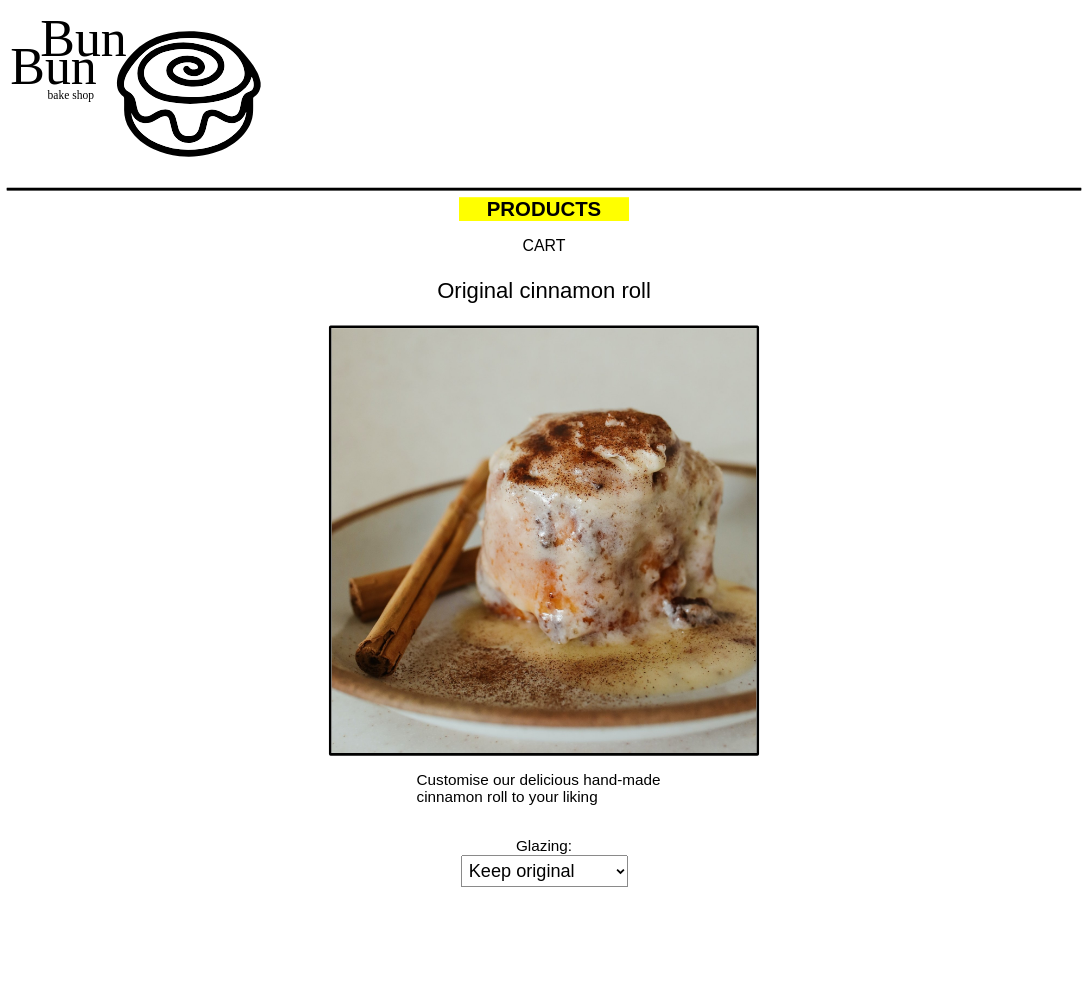
Repository: alicianghm/pui-hw
Page: solution-hw1/HW1-Detail.html
The author's editor kept a copy of each file at every save. The page is drawn from the files as they stood at one save, then again after the next save.
The browser window is 1280 px wide. The pictures show the whole page, at 85% of full size.

Above is the page before, as saved 2022-09-08 09:53:57.

### solution-hw1/HW1-Detail.html
<!DOCTYPE html>
<html>
  <head>
    <meta charset="utf-8">
    <meta name="author" content="Alicia Ng">
    <title>Bun Bun Bake Shop</title>
    <link href="hw1.css" rel="stylesheet" type="text/css">
  </head>
  <body>
    <h1 id="logo"><img src="assets/logo-01.svg"></h1>
    <hr size="3"
        color="black">
    <div id="nav">
      <h2 id="selectedButton">PRODUCTS</h2>
      <div class="cartButton"><h3>CART</h3></div>
    </div>
    <div>
      <p class="itemTitle"> Original cinnamon roll</p>
      <img src="assets/original-cinnamon-roll.jpeg" id="itemPage">
      <br>
      <div id="container">
        <p class="description"> Customise our delicious hand-made cinnamon roll to your liking</p>
        <br>
          <div class="dropdown-detail">
            <p class="dropdownTitle">Glazing:</label>
            <br>
            <select class="glazing">
              <option value="Keep original">Keep original</option>
              <option value="Sugar milk">Sugar milk</option>
              <option value="Vanilla milk">Vanilla milk</option>
              <option value="Double chocolate">Double chocolate</option>
            </select>
          </div>
        </div>
      </div>
    </div>
  </body>
  </html>

### solution-hw1/hw1.css
body{
  font-family: Arial, Helvetica, sans-serif;
}

#logo{
  max-width: 300px;
}

h2,h3 {
  font-family: Arial, Helvetica, sans-serif;
  font-weight: 300;
  text-align: center;
}

a{
  text-decoration: none;
  color: black;
}

#nav:hover{
  width: 200px;
  margin: 0 auto;
}

.productButton :hover{
  background-color: yellow;
  vertical-align: middle;
  font-weight: 800;
}

.cartButton :hover{
  background-color: yellow;
  text-align: center;
  font-weight: 800;
}

#container{
  width: 300px;
  margin: 0 auto;
}

p {
  font-family: Arial, Helvetica, sans-serif;
  font-weight: 300;
  text-align: center;
}
#title{
  font-size: 32px;
}
.inventory{
  display: block;
  margin: 0 auto;
  width: 302px;
  padding: 2px;
}
.inventory:hover{
  background-color: yellow;
  margin: 0 auto;
  padding: 2px;
}

#itempic{
  width: 300px;
  margin: 0px auto 0px auto;
  border-radius: 2px;
  border-style: solid;
}
.item{
  text-decoration: underline;
  font-size: 26px;
  text-align: left;
  line-height: auto;
}

.price{
  font-size: 28px;
  text-align: left;
  line-height: 10pt;
}

#selectedButton{
  background-color: yellow;
  font-weight: 800;
  margin: 0 auto;
  width: 200px;

}

.itemTitle{
  font-size: 26px;
}

#itemPage{
  width: 500px;
  border-radius: 2px;
  border-style: solid;
  margin: 0 auto;
  display: block;
}

.description{
  width: 300px;
  margin: 0 auto;
  font-size: 18px;
  text-align: left;
}

.dropButton{
  color: red;
  background-color: white;
  border: black;
  border-style: solid;
  font-size: 16px;
  padding: 10px 50px 10px 5px;
}

.dropdown-detail{
  font-size: 16pt;
}

.glazing{
  font-size: 16pt;
  padding: 5px;
}

p.dropdownTitle{
  padding-bottom: 120px;
  font-size: large;
}

After the next save:
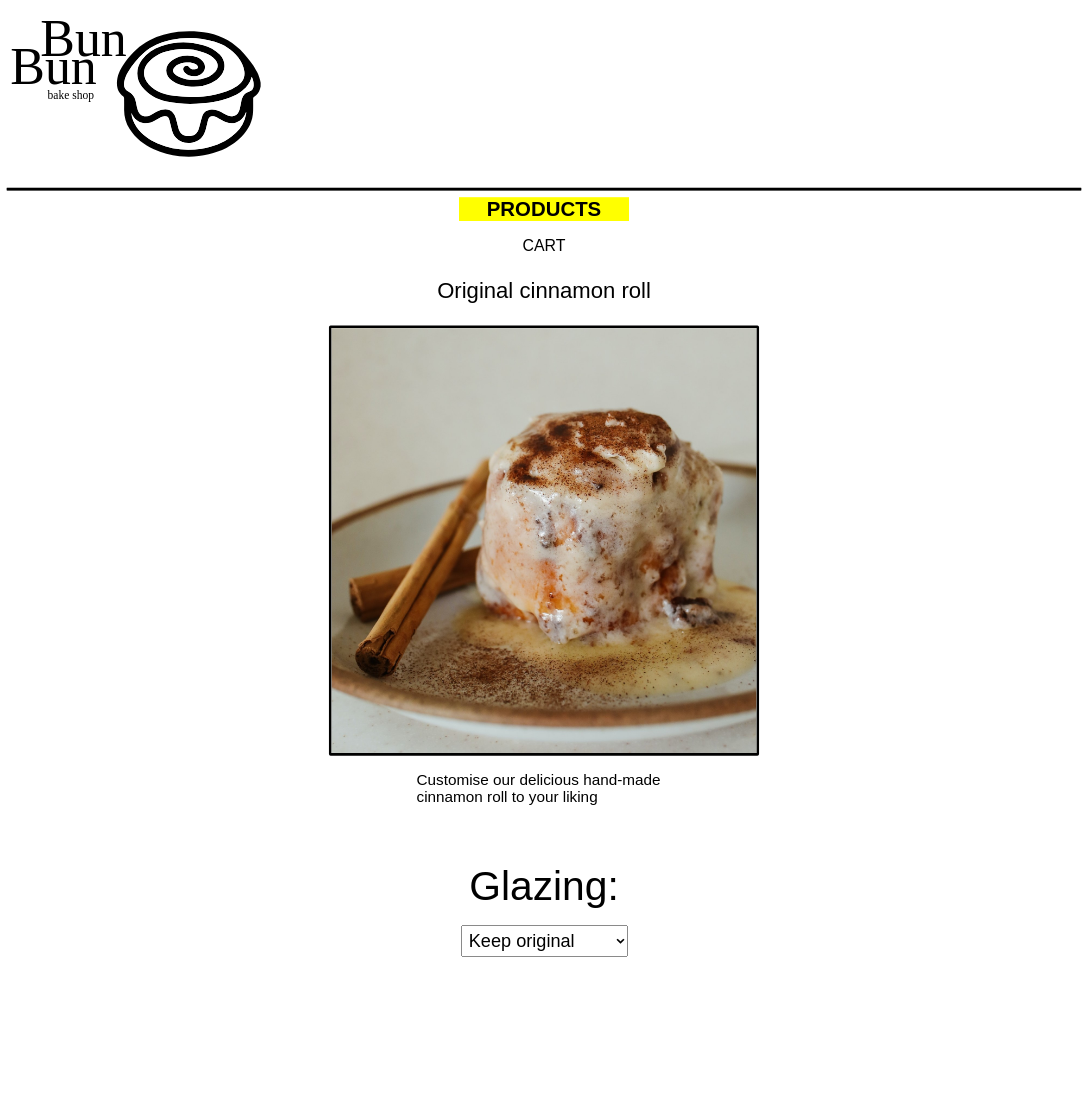
Saved 7 s later.
--- a/solution-hw1/hw1.css
+++ b/solution-hw1/hw1.css
@@ -125,5 +125,5 @@
 
 p.dropdownTitle{
   padding-bottom: 120px;
-  font-size: large;
+  font-size: 36pt;
 }
